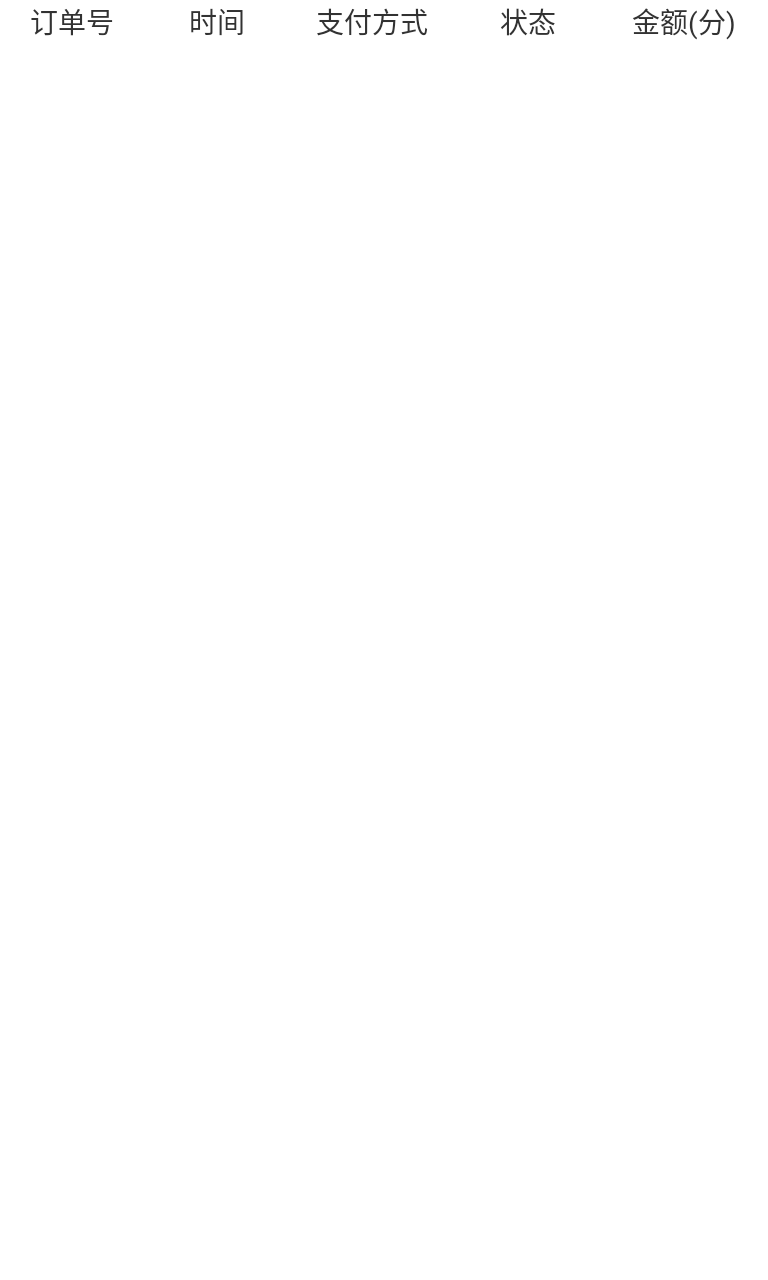
Repository: blanks1314/sysnc_android
Layout: UpayDemo/res/layout/view_head.xml
An editor plug-in stored every save of this project. The layout is shown before and after the next save, followed by the edit.
It is drawn on a 768 x 1280 px phone screen (xhdpi) without system bars, with theme AppTheme; the app's code is not run.

Above is the layout before, as saved 2015-05-05 02:46:52.

### UpayDemo/res/layout/view_head.xml
<?xml version="1.0" encoding="utf-8"?>
<LinearLayout xmlns:android="http://schemas.android.com/apk/res/android"
    android:layout_width="match_parent"
    android:layout_height="match_parent"
    android:orientation="horizontal"
    android:weightSum="1" >

    <TextView
        android:id="@+id/tvOrderId"
        android:layout_width="0dp"
        android:layout_height="wrap_content"
        android:layout_weight="0.2"
        android:gravity="center"
        android:text="订单号" />

    <TextView
        android:id="@+id/tvTime"
        android:gravity="center"
        android:layout_width="0dp"
        android:layout_height="wrap_content"
        android:layout_marginRight="5dp"
        android:layout_weight="0.2"
        android:text="时间" >
    </TextView>

    <TextView
        android:id="@+id/tvMethod"
        android:layout_width="0dp"
        android:gravity="center"
        android:layout_height="wrap_content"
        android:layout_marginRight="5dp"
        android:layout_weight="0.2"
        android:text="支付方式" >
    </TextView>

    <TextView
        android:id="@+id/tvState"
        android:layout_width="0dp"
        android:gravity="center"
        android:layout_height="wrap_content"
        android:layout_marginRight="5dp"
        android:layout_weight="0.2"
        android:text="状态" >
    </TextView>

    <TextView
        android:id="@+id/tvAmount"
        android:layout_width="0dp"
        android:gravity="center"
        android:layout_height="wrap_content"
        android:layout_marginRight="5dp"
        android:layout_weight="0.2"
        android:text="金额(分)" >
    </TextView>

</LinearLayout>

### UpayDemo/res/values/styles.xml
<resources xmlns:android="http://schemas.android.com/apk/res/android">

    <!--
        Base application theme, dependent on API level. This theme is replaced
        by AppBaseTheme from res/values-vXX/styles.xml on newer devices.













    -->
    <style name="AppBaseTheme" parent="Theme.AppCompat.Light">
        <!--
            Theme customizations available in newer API levels can go in
            res/values-vXX/styles.xml, while customizations related to
            backward-compatibility can go here.













        -->
    </style>

    <!-- Application theme. -->
    <!--
    <style name="AppTheme" parent="AppBaseTheme">
        All customizations that are NOT specific to a particular API-level can go here.
    </style>








    -->

    <style name="AppTheme" parent="Theme.AppCompat.Light">
        <item name="tabView">@style/TabView</item>
        <item name="tabPageIndicator">@style/TabIndicator</item>
    </style>

    <style name="TabIndicator" />

    <style name="TabView">
        <item name="android:addStatesFromChildren">true</item>
        <item name="android:orientation">vertical</item>
        <item name="android:gravity">bottom|center_horizontal</item>
        <item name="android:layout_width">0dp</item>
        <item name="android:background">@android:color/white</item>
        <item name="android:layout_height">match_parent</item>
    </style>

    <style name="text_style_1">
        <item name="android:textSize">16sp</item>
        <item name="android:layout_width">0dp</item>
        <item name="android:layout_weight">1</item>
        <item name="android:layout_height">fill_parent</item>
        <item name="android:gravity">center_vertical</item>
        <item name="android:ellipsize">marquee</item>
        <item name="android:singleLine">true</item>
    </style>

    <style name="edit_style_1">
        <item name="android:textSize">16sp</item>
        <item name="android:layout_width">0dp</item>
        <item name="android:layout_weight">1</item>
        <item name="android:layout_height">fill_parent</item>
        <item name="android:gravity">center_vertical</item>
    </style>

    <style name="spn_style_1">
        <item name="android:textSize">10sp</item>
        <item name="android:layout_width">wrap_content</item>
        <item name="android:layout_height">fill_parent</item>
    </style>

    <style name="linear_style_1">
        <item name="android:layout_width">match_parent</item>
        <item name="android:gravity">center_vertical</item>
        <item name="android:layout_height">40dp</item>
        <item name="android:orientation">horizontal</item>
        <item name="android:layout_marginLeft">5dp</item>
        <item name="android:layout_marginRight">5dp</item>
        <item name="android:layout_marginTop">10dp</item>
    </style>

    <style name="img_btn_1">
        <item name="android:layout_width">wrap_content</item>
        <item name="android:layout_height">wrap_content</item>
        <item name="android:padding">10dp</item>
    </style>

    <style name="btn_style_1">
        <item name="android:layout_width">200dp</item>
        <item name="android:layout_height">wrap_content</item>
        <item name="android:background">@drawable/btn_selecter</item>
        <item name="android:textColor">@color/white</item>
        <item name="android:layout_marginTop">10dp</item>
    </style>

    <style name="btn_style_2">
        <item name="android:layout_width">100dp</item>
        <item name="android:layout_height">wrap_content</item>
        <item name="android:background">@drawable/btn_selecter</item>
        <item name="android:textColor">@color/white</item>
        <item name="android:layout_marginTop">10dp</item>
    </style>

    <style name="loading_dialog" parent="android:style/Theme.Dialog">
        <item name="android:windowFrame">@null</item>
        <item name="android:windowNoTitle">true</item>
        <item name="android:windowIsFloating">true</item>
        <item name="android:windowContentOverlay">@null</item>
        <item name="android:windowBackground">@android:color/transparent</item>
        <item name="android:background">#00000000</item>
 <!-- 设置自定义布局的背景透明 -->
    </style>

    <style name="error_dialog" parent="@android:style/Theme.Dialog">

                　　        <item name="android:windowFrame">@null</item>

                　　        <item name="android:windowIsFloating">true</item>

                　　        <item name="android:windowIsTranslucent">false</item>

                　　        <item name="android:windowNoTitle">true</item>

                　　        <item name="android:background">@android:color/white</item>

                　　        <item name="android:windowBackground">@null</item>

                　　        <item name="android:backgroundDimEnabled">false</item>
        <item name="android:textColor">@android:color/black</item>
    </style>

</resources>

### UpayDemo/res/values/attrs.xml
<?xml version="1.0" encoding="utf-8"?>
<resources>
    <declare-styleable name="TabView">
        <attr name="tabPageIndicator" format="reference" />
        <attr name="tabView" format="reference" />
    </declare-styleable>

    <string-array name="currTypes">
        <item >RMB(156)</item>
    </string-array>
</resources>

Loaded but not shown: UpayDemo/res/values-v11/styles.xml (common file); UpayDemo/res/values-v14/styles.xml (common file); UpayDemo/res/values/values.xml (657 lines, source omitted)

After the next save:
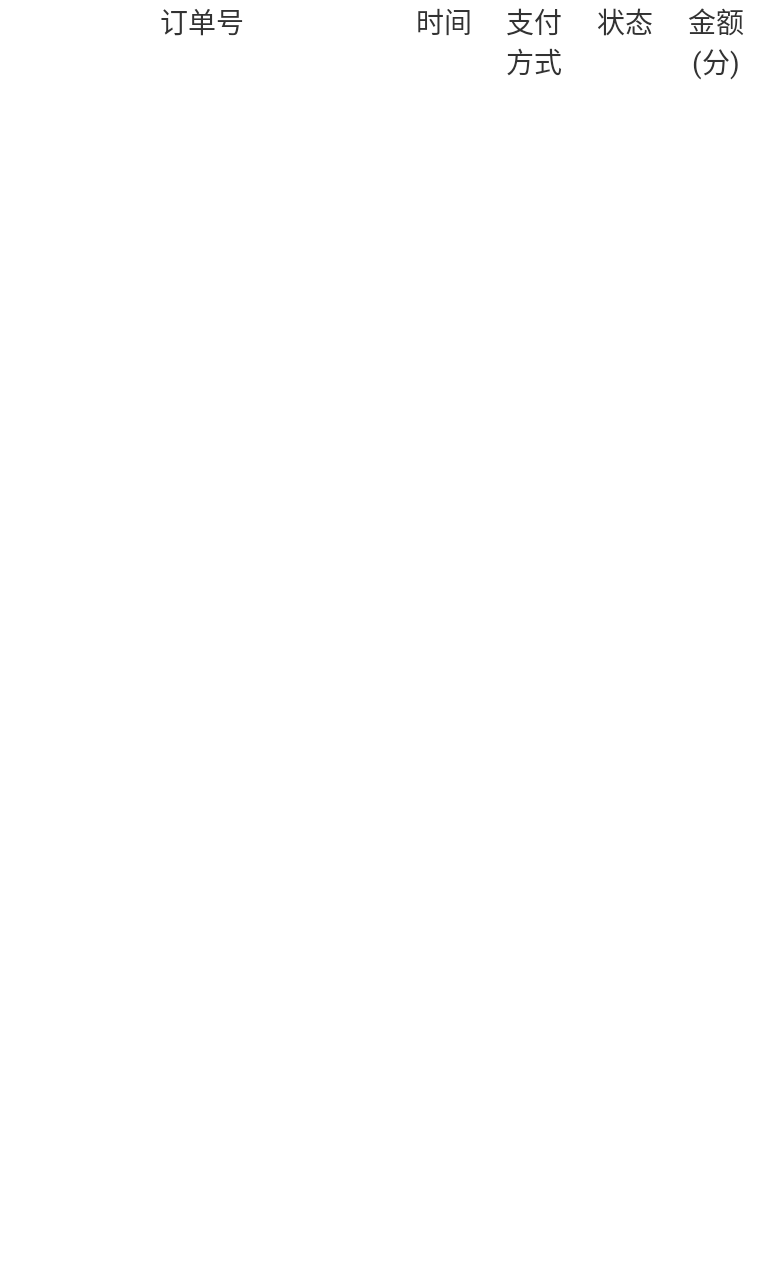
Saved 114 min 35 s later.
--- a/UpayDemo/res/layout/view_head.xml
+++ b/UpayDemo/res/layout/view_head.xml
@@ -2,14 +2,13 @@
 <LinearLayout xmlns:android="http://schemas.android.com/apk/res/android"
     android:layout_width="match_parent"
     android:layout_height="match_parent"
-    android:orientation="horizontal"
-    android:weightSum="1" >
+    android:orientation="horizontal" >
 
     <TextView
         android:id="@+id/tvOrderId"
         android:layout_width="0dp"
         android:layout_height="wrap_content"
-        android:layout_weight="0.2"
+        android:layout_weight="1"
         android:gravity="center"
         android:text="订单号" />
 
